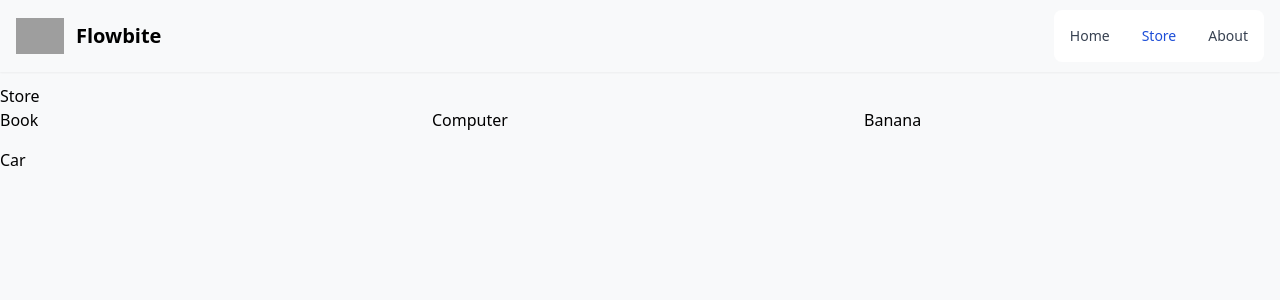
Repository: ducanhaep/react-ts-shopping-cart
Page: /store
These files come from the project's save history. The page is drawn as it stood at one moment and after the next save; the edit follows.
The browser window is 1280 px wide. The pictures show the whole page.
Pictures or frames that could not be fetched are drawn as grey boxes. The project was rebuilt for these pictures with package versions that can differ from the ones it lists, and the page was loaded fresh each time. Also part of the build but not shown: vite.config.ts, src/pages/About.js, src/pages/Home.js.

Above is the page before, as saved 2023-01-11 19:03:55.

After the next save:
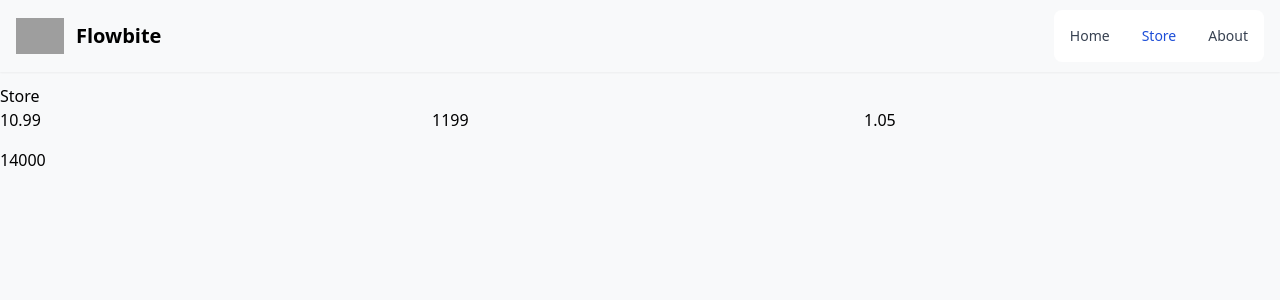
Saved 12 s later.
--- a/src/components/StoreItem.tsx
+++ b/src/components/StoreItem.tsx
@@ -5,5 +5,5 @@ interface StoreItemProps {
   imgUrl: string;
 }
 export function StoreItem(props: StoreItemProps) {
-  return <h1>{props.name}</h1>;
+  return <h1>{props.price}</h1>;
 }
